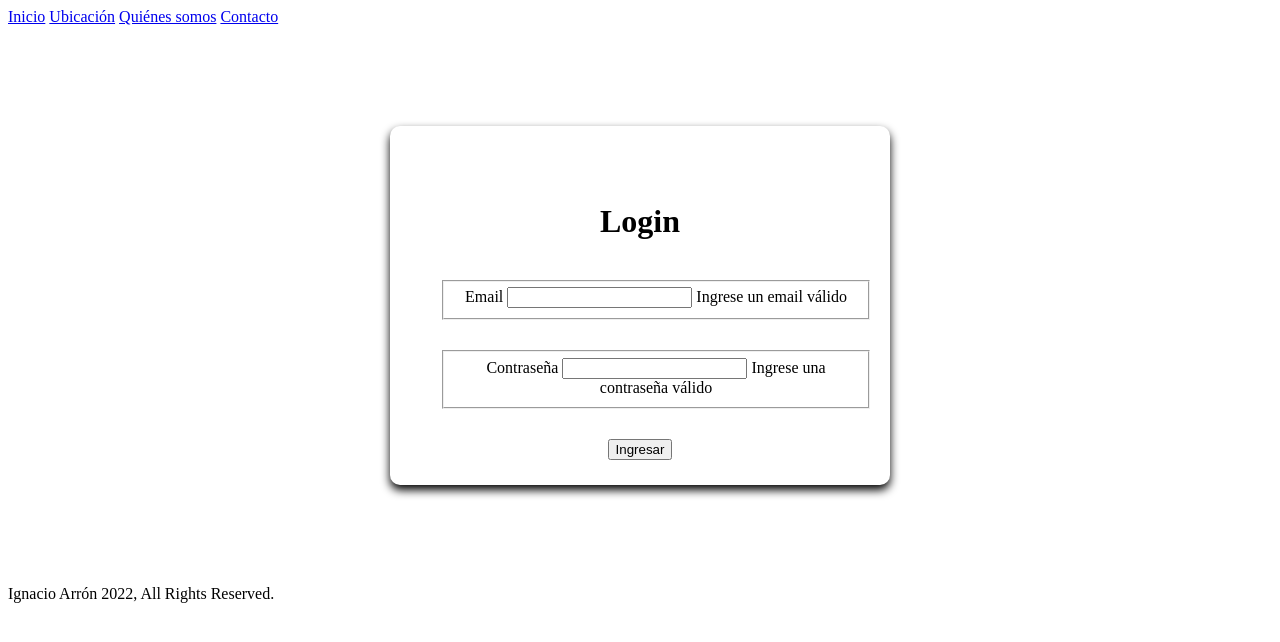
Repository: Divineridh/lppa-parcial2
Page: login.html
The author's editor kept a copy of each file at every save. The page is drawn from the files as they stood at one save, then again after the next save.
The browser window is 1280 px wide. The pictures show the whole page.

Above is the page before, as saved 2022-07-04 21:05:16.

After the next save:
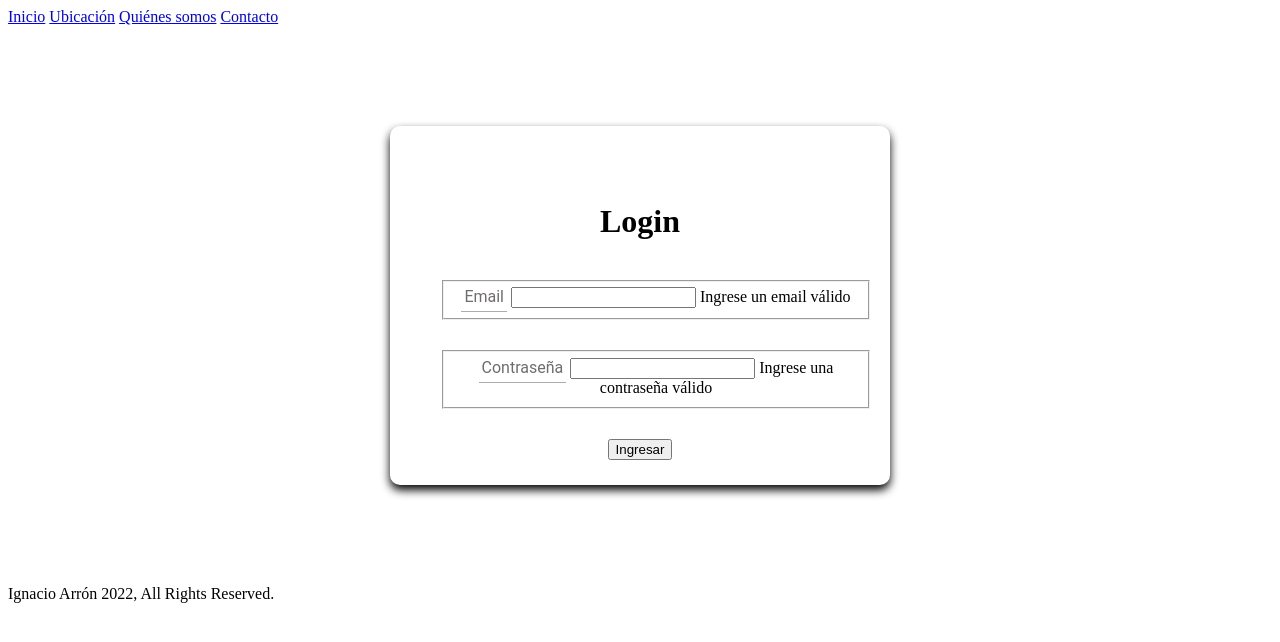
Saved 57 s later.
--- a/styles/login.css
+++ b/styles/login.css
@@ -28,7 +28,7 @@
     margin-bottom: 30px;
 }
 
-.form-txt{
+.form-label-text{
     width: 100%;
     background: none;
     margin-bottom: 8px;
